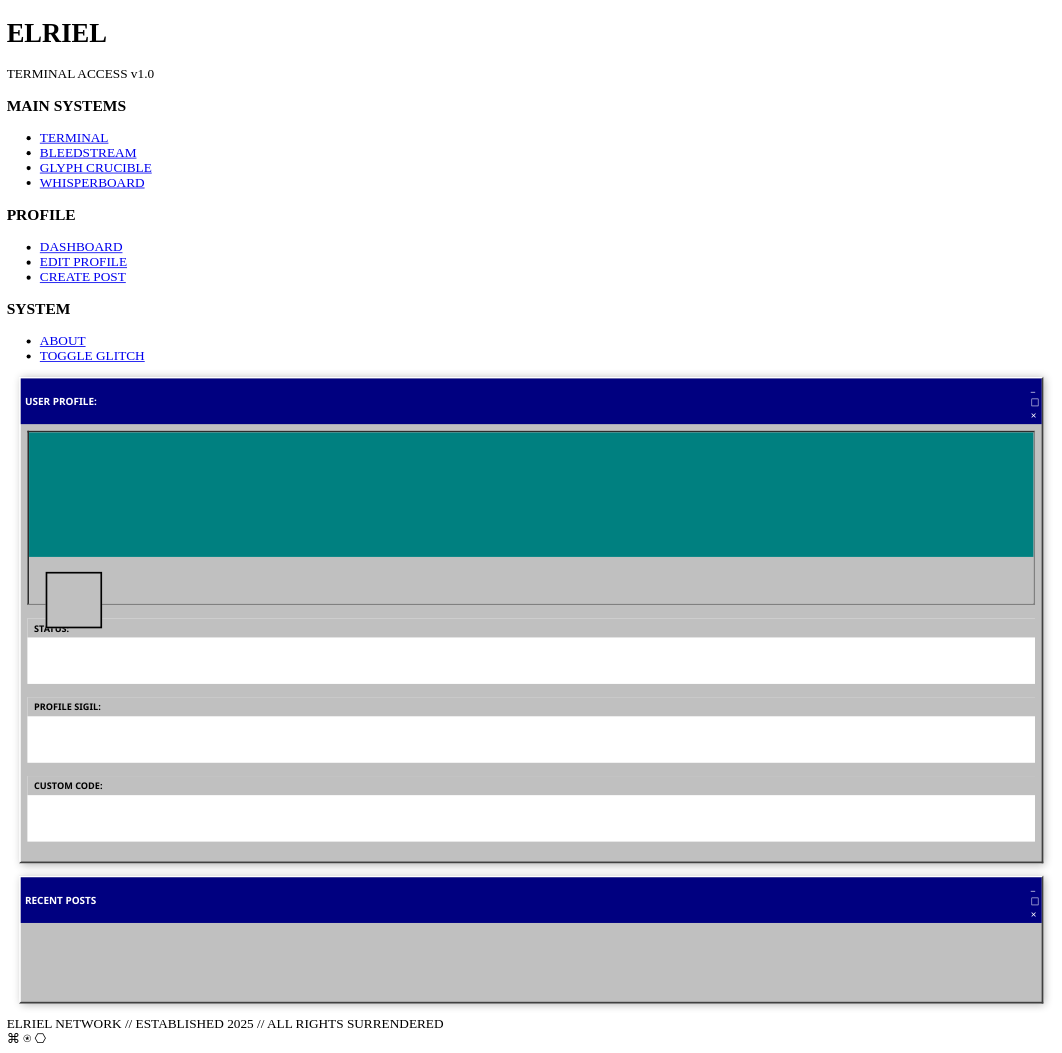
Repository: numbpill3d/elriel_1.0-forum
Page: views/profile/dashboard.html
These files come from the project's save history. The page is drawn as it stood at one moment and after the next save; the edit follows.
The browser window is 1280 px wide. The pictures show the whole page, at 83% of full size.

Above is the page before, as saved 2025-04-25 21:18:27.
Console error: ReferenceError: __DATA__ is not defined

After the next save:
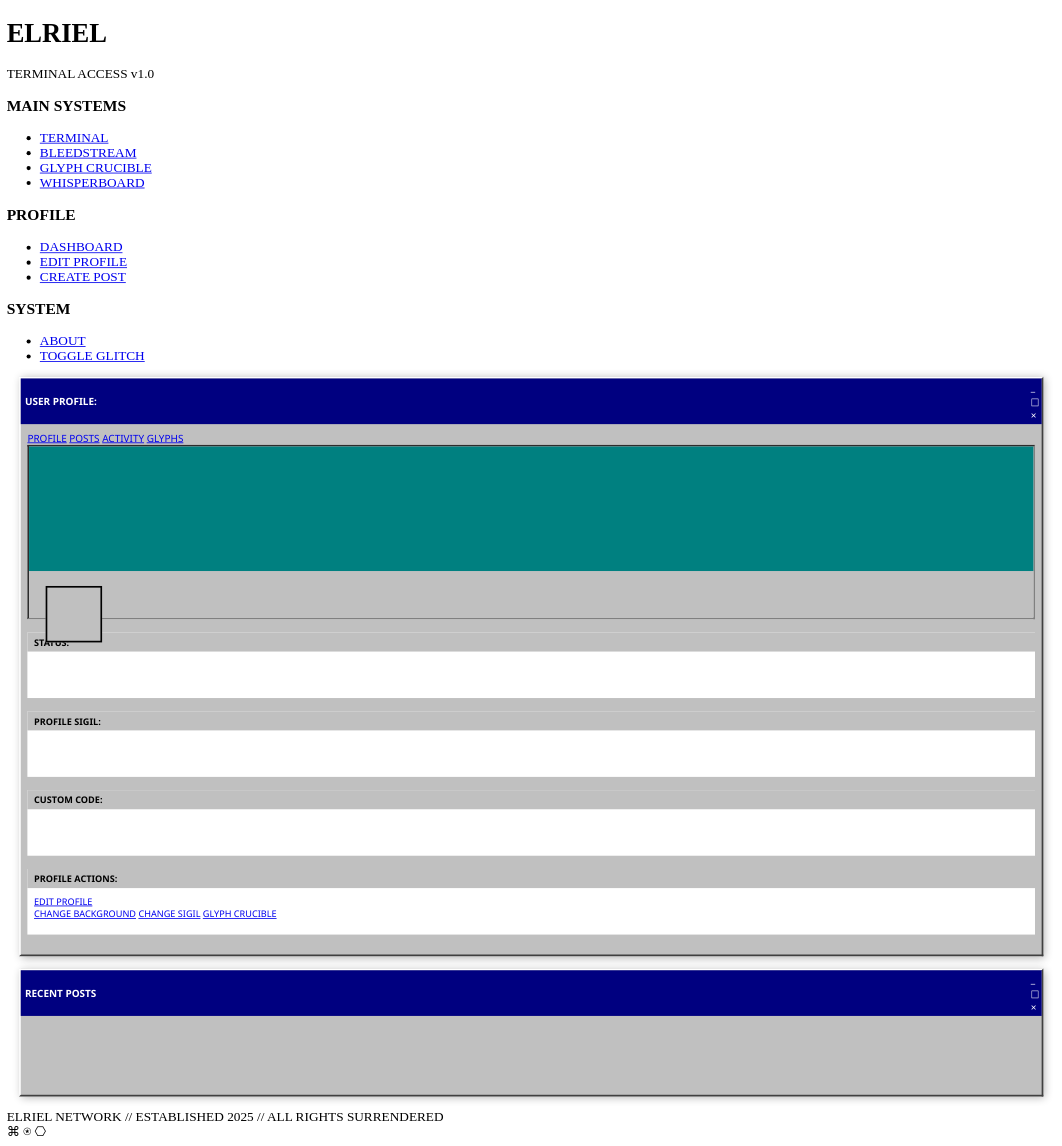
Saved 35 s later.
--- a/views/profile/dashboard.html
+++ b/views/profile/dashboard.html
@@ -64,6 +64,13 @@
           </div>
           <div class="win98-window-content">
           <div class="profile-content">
+            <!-- Profile navigation bar -->
+            <div class="profile-nav-bar">
+              <a href="#profile" class="profile-nav-item active">PROFILE</a>
+              <a href="#posts" class="profile-nav-item">POSTS</a>
+              <a href="#activity" class="profile-nav-item">ACTIVITY</a>
+              <a href="#glyphs" class="profile-nav-item">GLYPHS</a>
+            </div>
             <div class="profile-header">
               <div class="profile-background" id="profile-background">
                 <!-- Background image will be injected here -->
@@ -96,6 +103,20 @@
                 <div class="section-content">
                   <style id="profile-custom-css"></style>
                   <div id="profile-custom-html"></div>
+                </div>
+              </div>
+
+              <!-- Profile action buttons -->
+              <div class="profile-section">
+                <div class="section-title">PROFILE ACTIONS:</div>
+                <div class="section-content">
+                  <a href="/profile/edit" class="edit-profile-btn">EDIT PROFILE</a>
+
+                  <div class="action-buttons">
+                    <a href="/profile/edit#background" class="action-button">CHANGE BACKGROUND</a>
+                    <a href="/profile/edit#glyph" class="action-button">CHANGE SIGIL</a>
+                    <a href="/glyph/crucible" class="action-button">GLYPH CRUCIBLE</a>
+                  </div>
                 </div>
               </div>
             </div>
@@ -186,6 +207,40 @@
     // Inject custom CSS and HTML
     document.getElementById('profile-custom-css').textContent = profile.custom_css || '';
     document.getElementById('profile-custom-html').innerHTML = profile.custom_html || '<span>NO CUSTOM CODE</span>';
+
+    // Add profile navigation functionality
+    document.querySelectorAll('.profile-nav-item').forEach(navItem => {
+      navItem.addEventListener('click', function(e) {
+        e.preventDefault();
+        // Remove active class from all nav items
+        document.querySelectorAll('.profile-nav-item').forEach(item => {
+          item.classList.remove('active');
+        });
+        // Add active class to clicked item
+        this.classList.add('active');
+
+        // Get the target section from href
+        const targetSection = this.getAttribute('href').substring(1);
+
+        // In a full implementation, you would show/hide sections here
+        console.log(`Navigating to profile section: ${targetSection}`);
+
+        // For now, just scroll to appropriate section if it exists
+        const sectionMap = {
+          'profile': '.profile-details',
+          'posts': '.user-posts-panel',
+          'activity': '#profile-activity-log',
+          'glyphs': '#profile-glyph'
+        };
+
+        if (sectionMap[targetSection]) {
+          const element = document.querySelector(sectionMap[targetSection]);
+          if (element) {
+            element.scrollIntoView({ behavior: 'smooth' });
+          }
+        }
+      });
+    });
 
     // Display user posts
     const userPostsContentEl = document.getElementById('user-posts-content');
